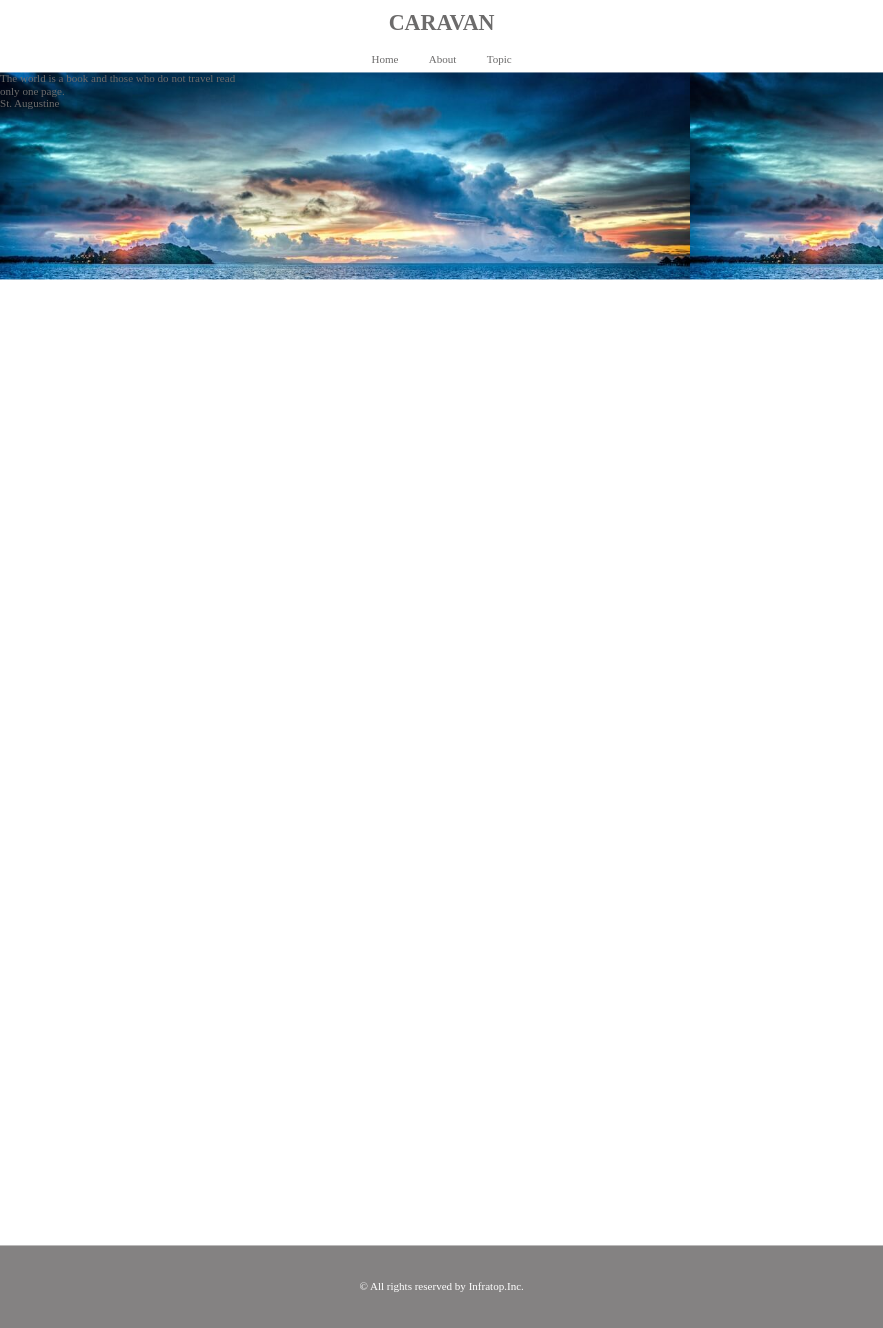
Repository: kowatann/sample_app
Page: caravan/index.html
The author's editor kept a record of every edit. The page is drawn from the files as they stood at one moment, then again after the next edit.
The browser window is 1280 px wide. The pictures show the whole page, at 69% of full size.

Above is the page before.

### caravan/index.html
<!DOCTYPE html>
<html lang="ja">
  <head>
    <meta charset="UTF-8" />
    <link rel="stylesheet" href="style.css" />
    <title>CARAVAN</title>
  </head>

  <body>
    <header>
      <h1 class="heading">
        <a href="index.html">
          CARAVAN
        </a>
      </h1>
    </header>

    <nav>
      <ul class="nav-list">
        <li class="nav-list-item">
          <a href="index.html">Home</a>
        </li>
        <li class="nav-list-item">About</li>
        <li class="nav-list-item">Topic</li>
      </ul>
    </nav>

    <div class="main-visual">
      <div class="main-visual-content">
        <p class="main-visual-text">
          The world is a book and those who do not travel read only one page.
        </p>
        <p class="main-visual-name">
          St. Augustine
        </p>      </div>
    </div>

    <div class="main">
      <div class="blog"></div>
      <div class="sidebar"></div>
    </div>

    <footer>
      <p class="footer-text">© All rights reserved by Infratop.Inc.</p>
    </footer>
  </body>
</html>

### caravan/style.css
* {
  margin: 0;
  padding: 0;
  box-sizing: border-box;
  color: #6c6b6b;
}

a {
  text-decoration: none;
}

header {
  width: 90%;
  padding: 15px 0;
  margin: 0 auto;
  text-align: center;
}

header .heading {

  font-size: 32px;
}

.nav-list {
  text-align: center;
  padding: 10px 0;
  margin: 0 auto;
}

.nav-list-item {
  list-style: none;
  display: inline-block;
  margin: 0 20px;
}

.main-visual {
  width: 100%;
  height: 300px;
  background-image: url(img/mv.jpg);}

.main-visual-content {
  width: 350px;
  height: 300px;
}

.main {
  width: 840px;
  display: flex;
  justify-content: center;
  margin: 0 auto;
}

.blog {
  width: 600px;
  height: 1400px;
}

.sidebar {
  width: 240px;
  height: 1400px;
}

footer {
  width: 100%;
  height: 120px;
  text-align: center;
  line-height: 120px;
  background-color: #848282;
}

.footer-text {
  color: #fff;
}

After the next edit:
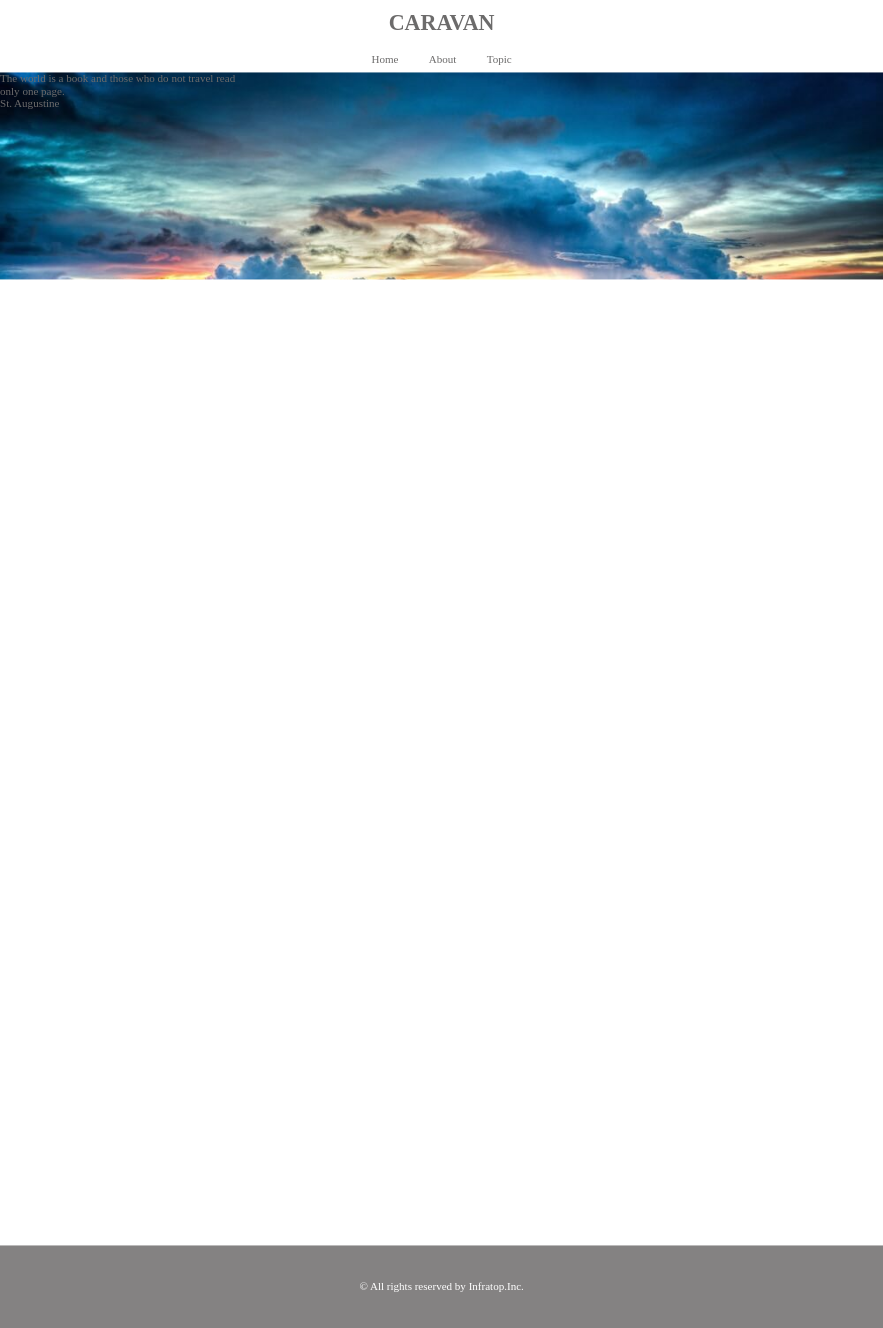
The edit:
--- a/caravan/style.css
+++ b/caravan/style.css
@@ -10,14 +10,14 @@
 }
 
 header {
-  width: 90%;
+  width: 90%; /* 横幅90% */
   padding: 15px 0;
   margin: 0 auto;
   text-align: center;
 }
 
 header .heading {
-
+  /* headerタグ内のheadingクラスにのみ反映される */
   font-size: 32px;
 }
 
@@ -34,25 +34,26 @@
 }
 
 .main-visual {
-  width: 100%;
-  height: 300px;
-  background-image: url(img/mv.jpg);}
+  width: 100%; /* 横幅いっぱい */
+  height: 300px; /* 高さ300px */
+  background-image: url(img/mv.jpg);
+  background-size: cover; /* 縦横比を維持したまま背景領域を埋め尽くす */}
 
 .main-visual-content {
-  width: 350px;
-  height: 300px;
+  width: 350px; /* 横幅350px */
+  height: 300px; /* 親の高さに揃える */
 }
 
 .main {
-  width: 840px;
-  display: flex;
-  justify-content: center;
+  width: 840px; /* 横幅840px */
+  display: flex; /* Flexboxの利用 */
+  justify-content: center; /* 要素の横並び・中央寄せ */
   margin: 0 auto;
 }
 
 .blog {
-  width: 600px;
-  height: 1400px;
+  width: 600px; /* 横幅600px */
+  height: 1400px; /* 高さ1400px */
 }
 
 .sidebar {
